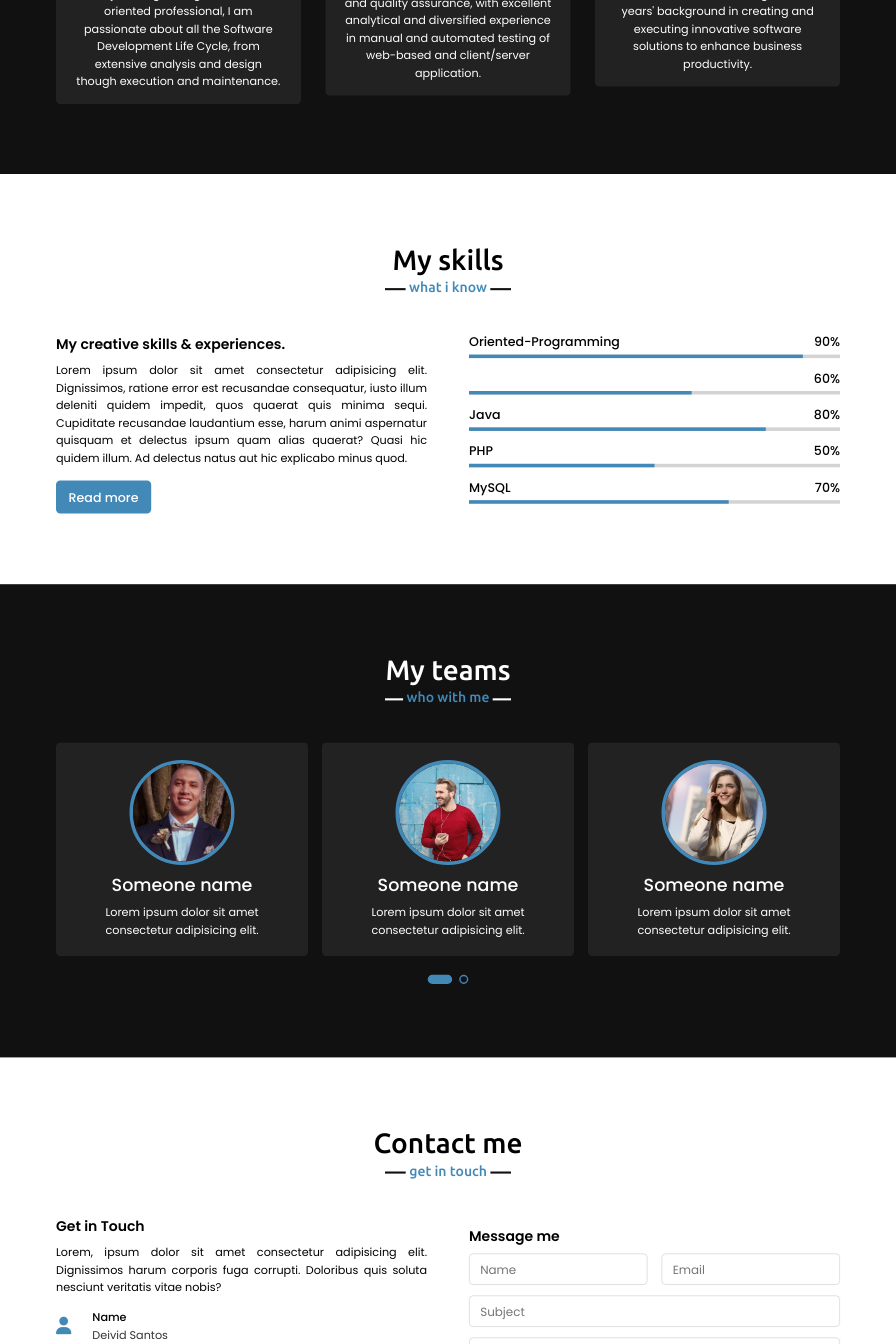
Repository: deividwsantoss/portfolio
Page: index.html
These files come from the project's save history. The page is drawn as it stood at one moment and after the next save; the edit follows.
The browser window is 1280 px wide. The pictures show the part of the page from y = 1852 to 3772 px (the page is 4073 px tall), at 70% of full size.
Some web libraries are served in a nearby version.

Above is the page before, as saved 2021-03-02 08:55:35.

### index.html
<!DOCTYPE html>
<html lang="en">
    <head>
        <meta charset="UTF-8">
        <meta name="viewport" content="width=device-width, initial-scale=1.0">
       <title>Deivid Santos Portfolio</title>
        <link rel="stylesheet" href="/Content/style.css">
        <script src="https://kit.fontawesome.com/a076d05399.js"></script>
        <script  src="https://code.jquery.com/jquery-3.5.1.min.js"></script>
        <script src="https://cdnjs.cloudflare.com/ajax/libs/typed.js/2.0.11/typed.min.js"></script>
        <script src="https://cdnjs.cloudflare.com/ajax/libs/waypoints/4.0.1/jquery.waypoints.min.js"></script>
        <script src="https://cdnjs.cloudflare.com/ajax/libs/OwlCarousel2/2.3.4/owl.carousel.min.js"></script>
        <link rel="stylesheet" href="https://cdnjs.cloudflare.com/ajax/libs/OwlCarousel2/2.3.4/assets/owl.carousel.min.css"/>
    </head>
<body>
    <nav class="navbar">
        <div class="max-width">
            <div class="logo"><a href="#">Portifo<span>lio.</span></a></div>
            <ul class="menu">
                <li><a href="#home" class="menu-btn">Home</a></li>
                <li><a href="#about" class="menu-btn">About</a></li>
                <li><a href="#services" class="menu-btn">Services</a></li>
                <li><a href="#skills" class="menu-btn">Skills</a></li>
                <li><a href="#teams" class="menu-btn">Teams</a></li>
                <li><a href="#contact" class="menu-btn">Contact</a></li>
            </ul>
            <div class="menu-btn">
                <i class="fas fa-bars"></i>
            </div>
        </div>
    </nav>

    <!-- Home Section Start -->
    <section class="home" id="home">
        <div class="max-width">
            <div class="home-content">
                <div class="text-1">Hello, my name is </div>
                <div class="text-2">Deivid Santos</div>
                <div class="text-3">And I'm a  <span class="typing"></span></div>
            </div>
        </div>
    </section>
<!-- about section start -->
<section class="about" id="about">
    <div class="max-width">
        <h2 class="title">About me</h2>
        <div class="about-content">
            <div class="column left">
                <img src="images/profile-1.jpeg" alt="">
            </div>
            <div class="column right">
                <div class="text">I'm Deivid and I'm a <span class="typing-2"></span></div>
                <p>Lorem ipsum dolor sit amet consectetur adipisicing elit. Quasi ut voluptatum eveniet doloremque autem excepturi eaque, sit laboriosam voluptatem nisi delectus. Facere explicabo hic minus accusamus alias fuga nihil dolorum quae. Explicabo illo unde, odio consequatur ipsam possimus veritatis, placeat, ab molestiae velit inventore exercitationem consequuntur blanditiis omnis beatae. Dolor iste excepturi ratione soluta quas culpa voluptatum repudiandae harum non.</p>
                <a href="#">Download CV</a>
            </div>
        </div>
    </div>
</section>
  <!-- services section start -->
  <section class="services" id="services">
    <div class="max-width">
        <h2 class="title">My services</h2>
        <div class="serv-content">
            <div class="card">
                <div class="box">
                    <i class="fas fa-paint-brush"></i>
                    <div class="text">Software Development</div>
                    <p>With good knowledge in Oriented-Object Programing, solutions-oriented professional, I am passionate about all the Software Development Life Cycle, from extensive analysis and design though execution and maintenance. </p>
                </div>
            </div>
            <div class="card">
                <div class="box">
                    <i class="fas fa-chart-line"></i>
                    <div class="text">Test Engineer</div>
                    <p>Experienced with software testing and quality assurance, with excellent analytical and diversified experience in manual and automated testing of web-based and client/server application.  </p>
                </div>
            </div>
            <div class="card">
                <div class="box">
                    <i class="fas fa-code"></i>
                    <div class="text">Software Engineer</div>
                    <p>Seasoned, foward-looking, with +4 years' background in creating and executing innovative software solutions to enhance business productivity.</p>
                </div>
            </div>
           </div>
        </div>
    </div>
</section>

<!-- skills section start -->
<section class="skills" id="skills">
    <div class="max-width">
        <h2 class="title">My skills</h2>
        <div class="skills-content">
            <div class="column left">
                <div class="text">My creative skills & experiences.</div>
                <p>Lorem ipsum dolor sit amet consectetur adipisicing elit. Dignissimos, ratione error est recusandae consequatur, iusto illum deleniti quidem impedit, quos quaerat quis minima sequi. Cupiditate recusandae laudantium esse, harum animi aspernatur quisquam et delectus ipsum quam alias quaerat? Quasi hic quidem illum. Ad delectus natus aut hic explicabo minus quod.</p>
                <a href="#">Read more</a>
            </div>
            <div class="column right">
                <div class="bars">
                    <div class="info">
                        <span>Oriented-Programming</span>
                        <span>90%</span>
                    </div>
                    <div class="line html"></div>
                </div>
                <div class="bars">
                    <div class="info">
                        <span></span>
                        <span>60%</span>
                    </div>
                    <div class="line css"></div>
                </div>
                <div class="bars">
                    <div class="info">
                        <span>Java</span>
                        <span>80%</span>
                    </div>
                    <div class="line js"></div>
                </div>
                <div class="bars">
                    <div class="info">
                        <span>PHP</span>
                        <span>50%</span>
                    </div>
                    <div class="line php"></div>
                </div>
                <div class="bars">
                    <div class="info">
                        <span>MySQL</span>
                        <span>70%</span>
                    </div>
                    <div class="line mysql"></div>
                </div>
            </div>
        </div>
    </div>
</section>

<!-- teams section start -->
<section class="teams" id="teams">
    <div class="max-width">
        <h2 class="title">My teams</h2>
        <div class="carousel owl-carousel">
            <div class="card">
                <div class="box">
                    <img src="images/profile-1.jpeg" alt="">
                    <div class="text">Someone name</div>
                    <p>Lorem ipsum dolor sit amet consectetur adipisicing elit.</p>
                </div>
            </div>
            <div class="card">
                <div class="box">
                    <img src="images/profile-2.jpeg" alt="">
                    <div class="text">Someone name</div>
                    <p>Lorem ipsum dolor sit amet consectetur adipisicing elit.</p>
                </div>
            </div>
            <div class="card">
                <div class="box">
                    <img src="images/profile-3.jpeg" alt="">
                    <div class="text">Someone name</div>
                    <p>Lorem ipsum dolor sit amet consectetur adipisicing elit.</p>
                </div>
            </div>
            <div class="card">
                <div class="box">
                    <img src="images/profile-4.jpeg" alt="">
                    <div class="text">Someone name</div>
                    <p>Lorem ipsum dolor sit amet consectetur adipisicing elit.</p>
                </div>
            </div>
            <div class="card">
                <div class="box">
                    <img src="images/profile-5.jpeg" alt="">
                    <div class="text">Someone name</div>
                    <p>Lorem ipsum dolor sit amet consectetur adipisicing elit.</p>
                </div>
            </div>
        </div>
    </div>
</section>

<!-- contact section start -->
<section class="contact" id="contact">
    <div class="max-width">
        <h2 class="title">Contact me</h2>
        <div class="contact-content">
            <div class="column left">
                <div class="text">Get in Touch</div>
                <p>Lorem, ipsum dolor sit amet consectetur adipisicing elit. Dignissimos harum corporis fuga corrupti. Doloribus quis soluta nesciunt veritatis vitae nobis?</p>
                <div class="icons">
                    <div class="row">
                        <i class="fas fa-user"></i>
                        <div class="info">
                            <div class="head">Name</div>
                            <div class="sub-title">Deivid Santos</div>
                        </div>
                    </div>
                    <div class="row">
                        <i class="fas fa-map-marker-alt"></i>
                        <div class="info">
                            <div class="head">Address</div>
                            <div class="sub-title">Luzern, Switzerland</div>
                        </div>
                    </div>
                    <div class="row">
                        <i class="fas fa-envelope"></i>
                        <div class="info">
                            <div class="head">Email</div>
                            <div class="sub-title">deivid.w.santos@gmail.com</div>
                        </div>
                    </div>
                </div>
            </div>
            <div class="column right">
                <div class="text">Message me</div>
                <form action="#">
                    <div class="fields">
                        <div class="field name">
                            <input type="text" placeholder="Name" required>
                        </div>
                        <div class="field email">
                            <input type="email" placeholder="Email" required>
                        </div>
                    </div>
                    <div class="field">
                        <input type="text" placeholder="Subject" required>
                    </div>
                    <div class="field textarea">
                        <textarea cols="30" rows="10" placeholder="Message.." required></textarea>
                    </div>
                    <div class="button">
                        <button type="submit">Send message</button>
                    </div>
                </form>
            </div>
        </div>
    </div>
</section>

<!-- footer section start -->
<footer>
    <span>Created By Deivid Santos | <span class="far fa-copyright"></span> 2021 All rights reserved.</span>
</footer>

<script src="script.js"></script>
</body>
</html>
    <script src="/Scripts/script.js" type="text/javascript"></script>
</body>
</html>

Loaded but not shown: Scripts/script.js (72 lines, source omitted); Content/style.css (673 lines, source omitted)

After the next save:
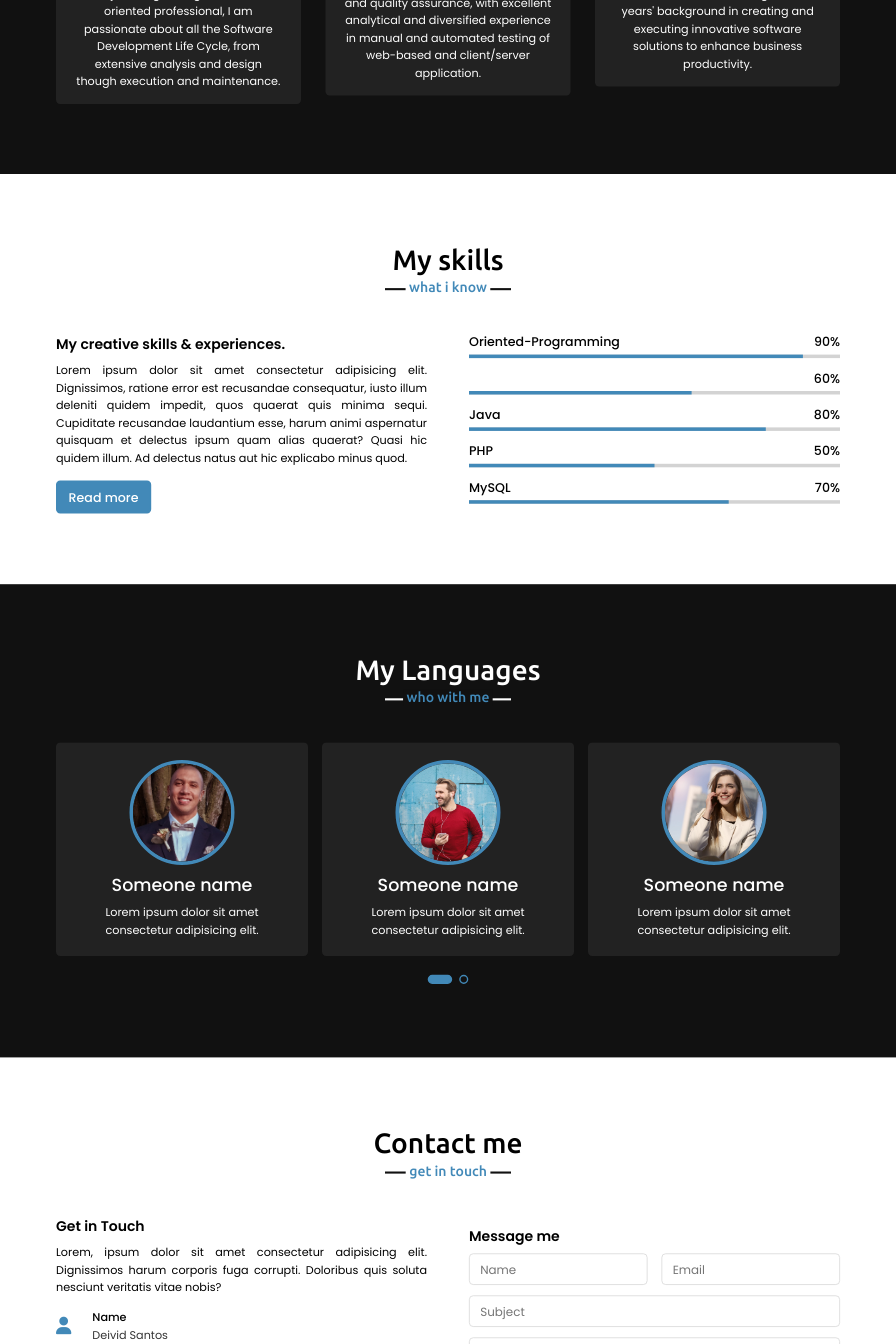
Saved 9 min 37 s later.
--- a/index.html
+++ b/index.html
@@ -138,10 +138,10 @@
     </div>
 </section>
 
-<!-- teams section start -->
+<!-- speaking section start -->
 <section class="teams" id="teams">
     <div class="max-width">
-        <h2 class="title">My teams</h2>
+        <h2 class="title">My Languages</h2>
         <div class="carousel owl-carousel">
             <div class="card">
                 <div class="box">
